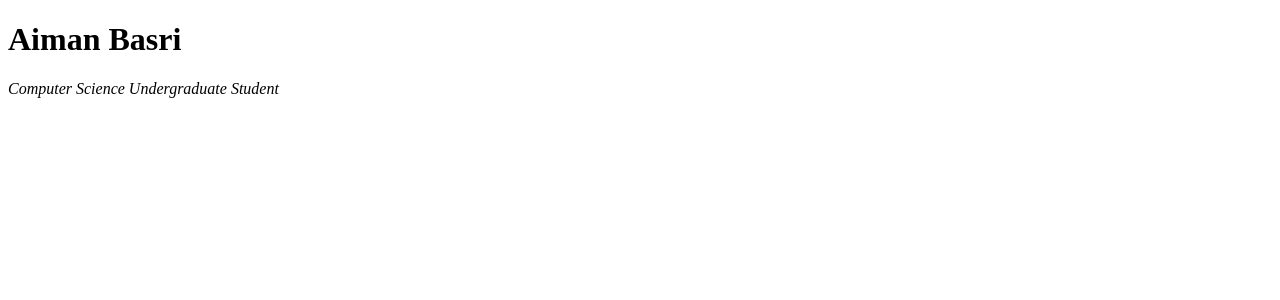
Repository: aimanbasri/Web-Development-Bootcamp
Page: HTML - Personal Site/index.html
The author's editor kept a copy of each file at every save. The page is drawn from the files as they stood at one save, then again after the next save.
The browser window is 1280 px wide. The pictures show the whole page.

Above is the page before, as saved 2019-12-29 01:04:35.

After the next save:
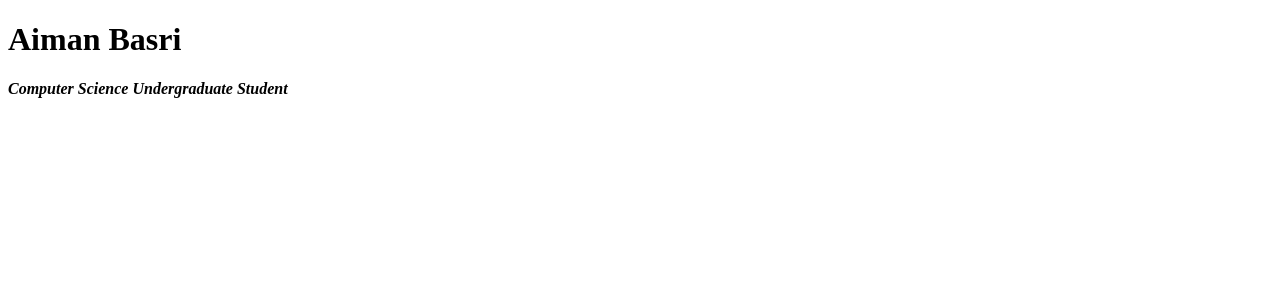
Saved 6 s later.
--- a/HTML - Personal Site/index.html
+++ b/HTML - Personal Site/index.html
@@ -8,6 +8,6 @@
 </head>
 <body>
     <h1> Aiman Basri </h1>
-    <p><em><strong></strong>Computer Science Undergraduate Student</em></p>
+    <p><em><strong>Computer Science Undergraduate Student</em></p>
 </body>
 </html>
